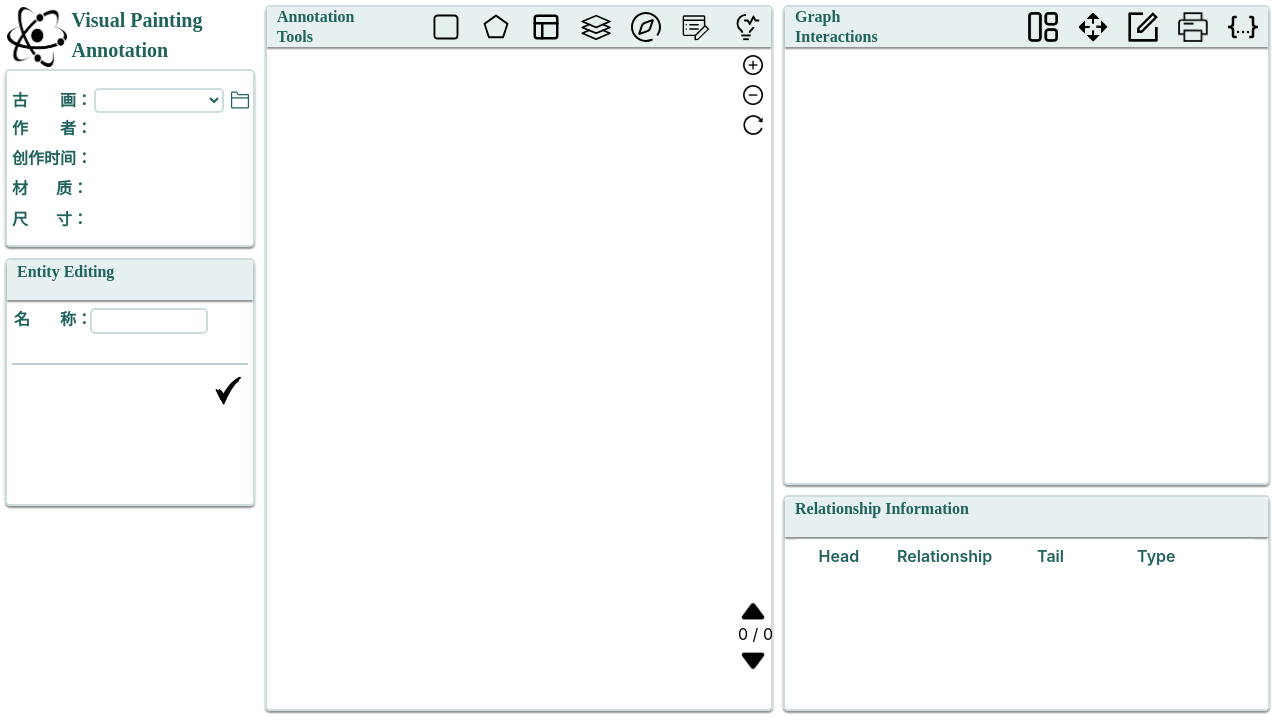
Repository: cailbh/ImageLabelTool
Page: /
These files come from the project's save history. The page is drawn as it stood at one moment and after the next save; the edit follows.
The browser window is 1280 px wide. The pictures show the whole page.
The project was rebuilt for these pictures with package versions that can differ from the ones it lists, and the page was loaded fresh each time.

Above is the page before, as saved 2022-11-01 13:54:40.

After the next save:
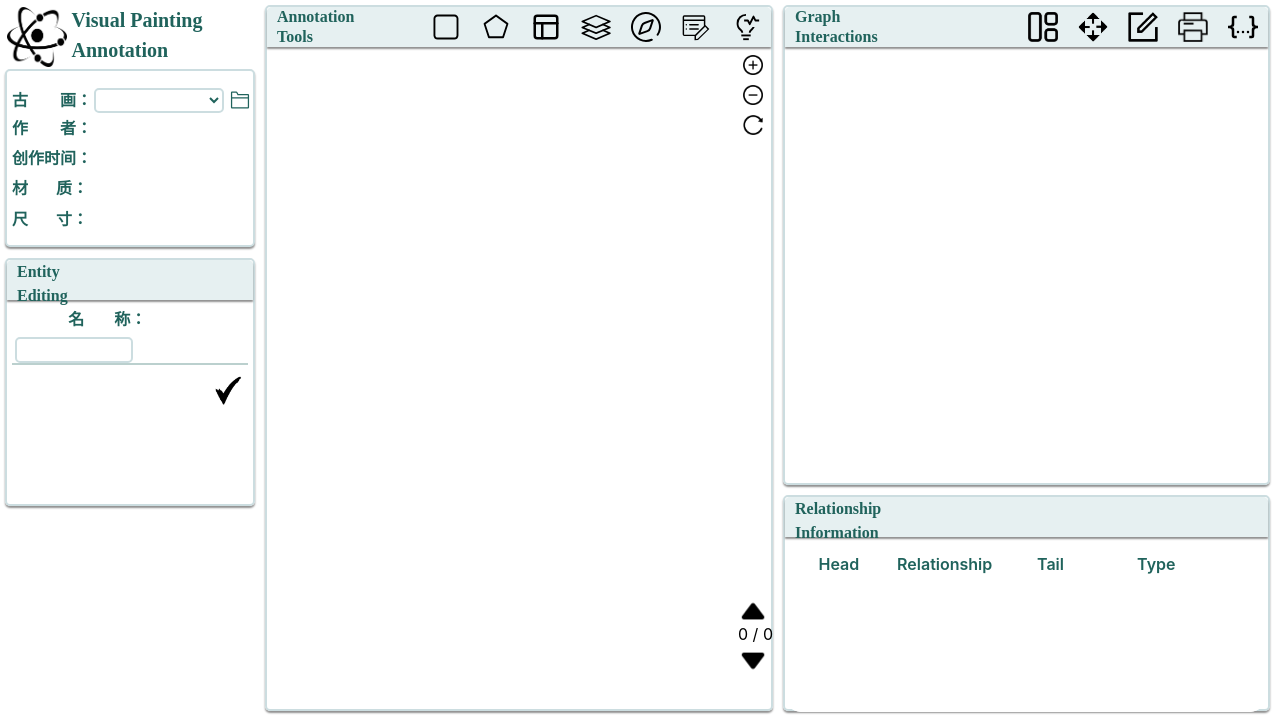
Saved 8 s later.
--- a/src/component/AttributeInput/index.css
+++ b/src/component/AttributeInput/index.css
@@ -32,7 +32,7 @@
 .headName{
     float: left;
     margin-left: 10px;
-    width: 100%;
+    width: 20%;
     font-size:15px;
     line-height:90px;
     color:rgba(32,99,92,1);
